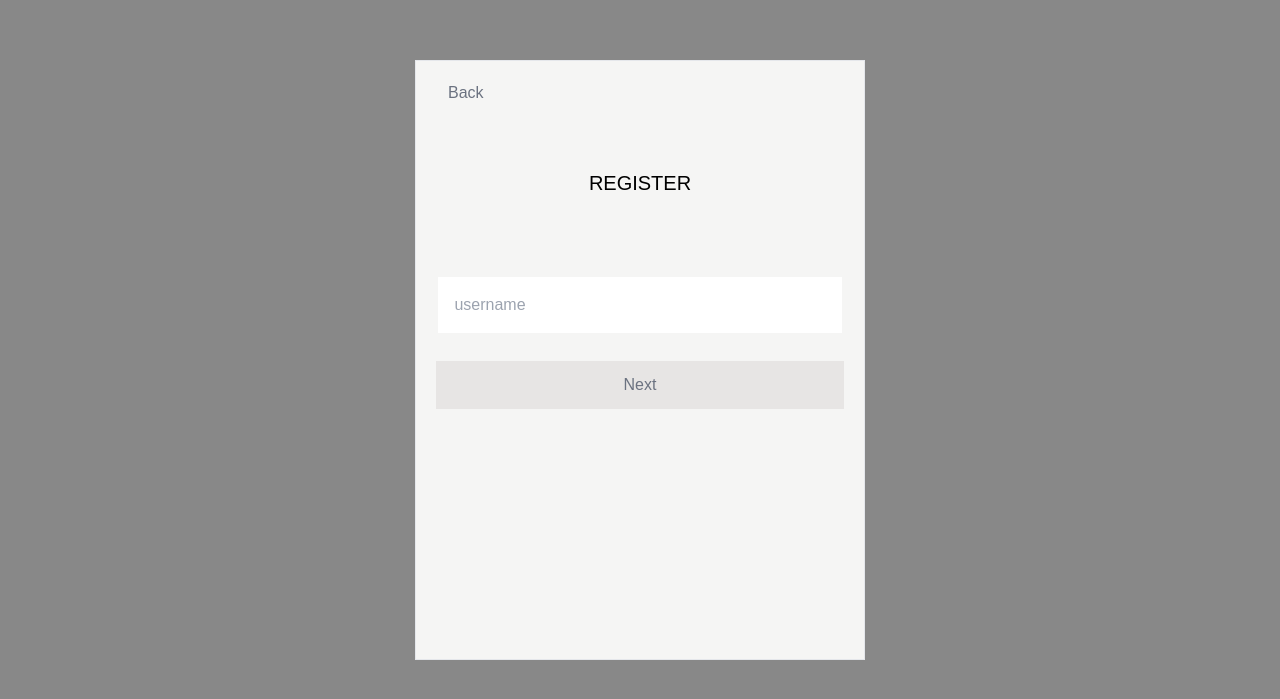
Repository: hsumyatm7308/oop-loginregister-php
Page: http://localhost/register.php
These files come from the project's save history. The page is drawn as it stood at one moment and after the next save; the edit follows.
The browser window is 1280 px wide. The pictures show the whole page.
Empty fields were first filled with sample values (such as "Sample", 5 or name@example.com).
After loading, the first visible `#next` was clicked once.
Some web libraries are served in a nearby version. The page is run by PHP 8.4 with error messages shown; the project is at /var/www/html/.

Above is the page before, as saved 2023-08-01 19:07:51.

After the next save:
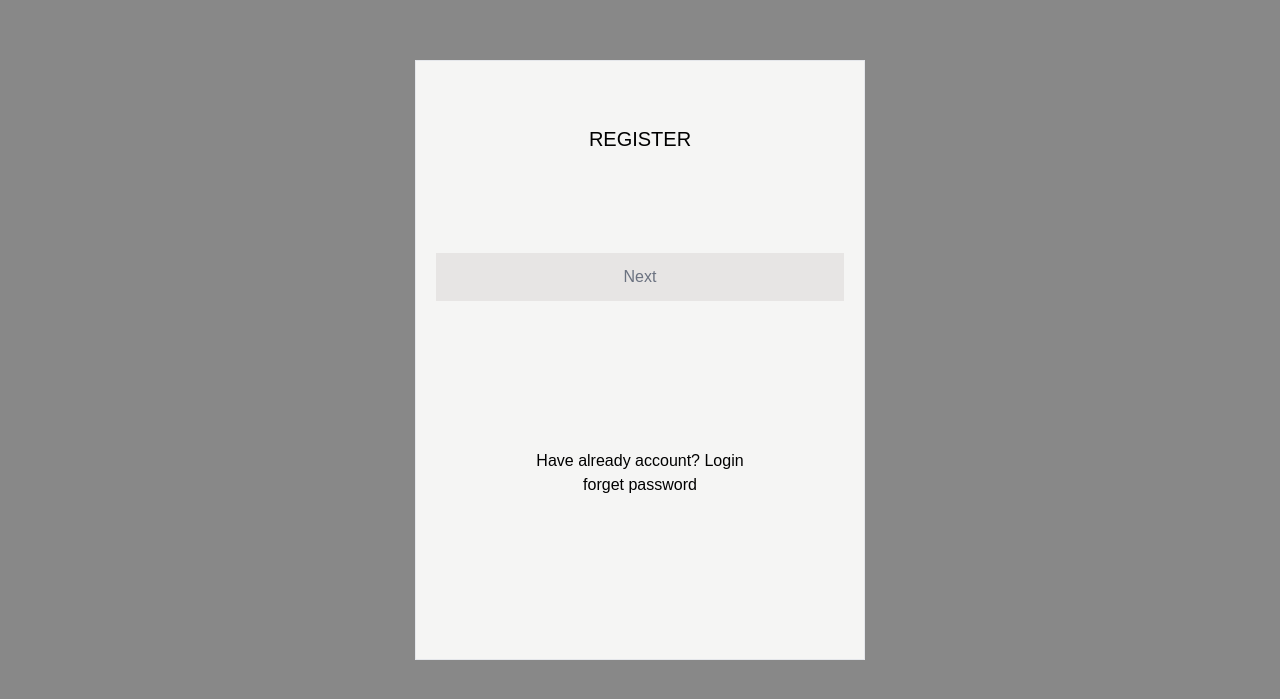
Console error: ReferenceError: curridx is not defined
Saved 88 s later.
--- a/app.js
+++ b/app.js
@@ -47,14 +47,15 @@
     curidx++;
     console.log(curidx)
     getpages[curidx - 1].classList.add('hidden');
-
-    if (curidx >= getpages.length -1) {
-        nextbtn.style.direction = "none";
+    if (curridx >= getpages.length) {
         // getform.submit();
+        getform.style.display = 'none';
         getrstcontainer.style.display = 'block';
 
+        result(datas);
 
-    }
+        return false;
+      }
 
     console.log(curidx);
     showpage(curidx)

After the save that followed:
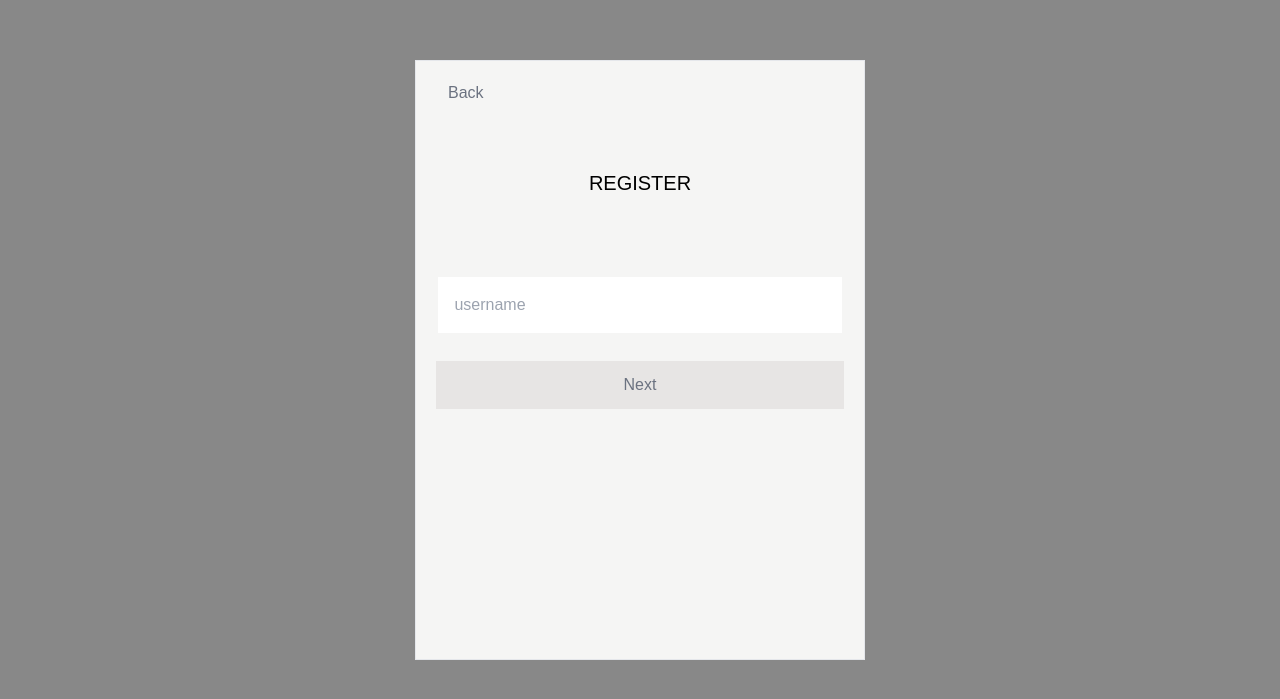
The error is gone.
Saved 31 s later.
--- a/app.js
+++ b/app.js
@@ -47,15 +47,15 @@
     curidx++;
     console.log(curidx)
     getpages[curidx - 1].classList.add('hidden');
-    if (curridx >= getpages.length) {
+
+    if (curidx >= getpages.length) {
+        nextbtn.style.direction = "none";
         // getform.submit();
-        getform.style.display = 'none';
         getrstcontainer.style.display = 'block';
-
         result(datas);
 
-        return false;
-      }
+
+    }
 
     console.log(curidx);
     showpage(curidx)
